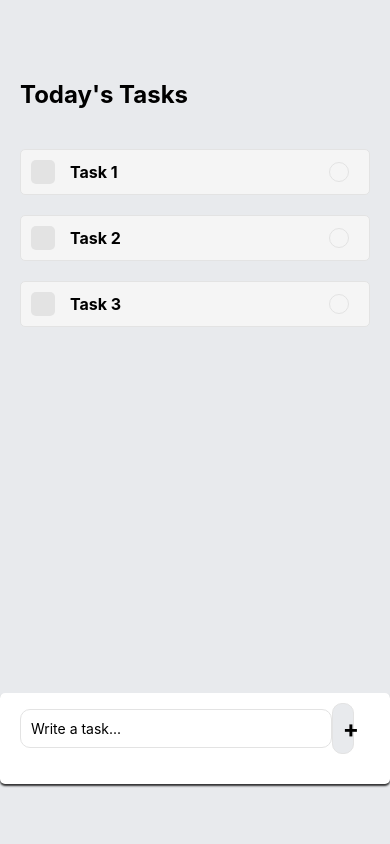
Repository: lomelo-x/ToDo-App
Screen: /
An editor plug-in stored every save of this project. The screen is shown before and after a run of saves, followed by the edit.
The app was drawn by React Native's web renderer in a window 390 px wide. The project was rebuilt for these pictures with package versions that can differ from the ones it lists, and the page was loaded fresh each time.

Above is the screen before, as saved 2022-06-17 21:20:45.

After the next 2 saves:
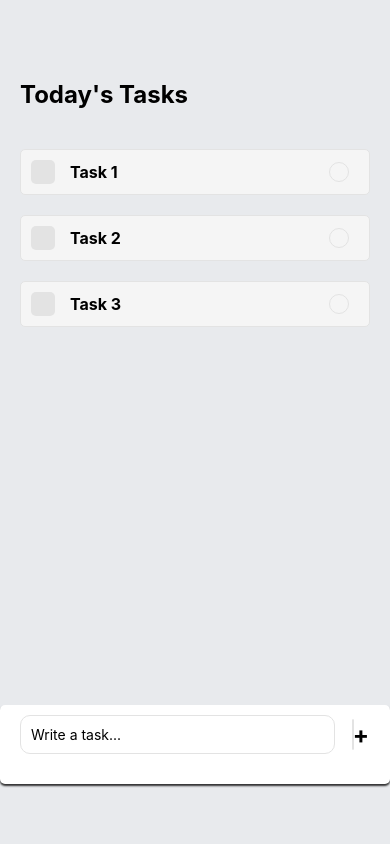
The 2 saves are shown as one change because they came seconds apart.
The last was saved 18 s later.
--- a/App.js
+++ b/App.js
@@ -72,7 +72,6 @@ writeTaskInput: {
 	},
 addTaskButton: {
 		backgroundColor: '#E8EAED',
-		padding: 10,
 		borderRadius: 10,
 		borderWidth: 1,
 		borderColor: '#e3e3e3',
